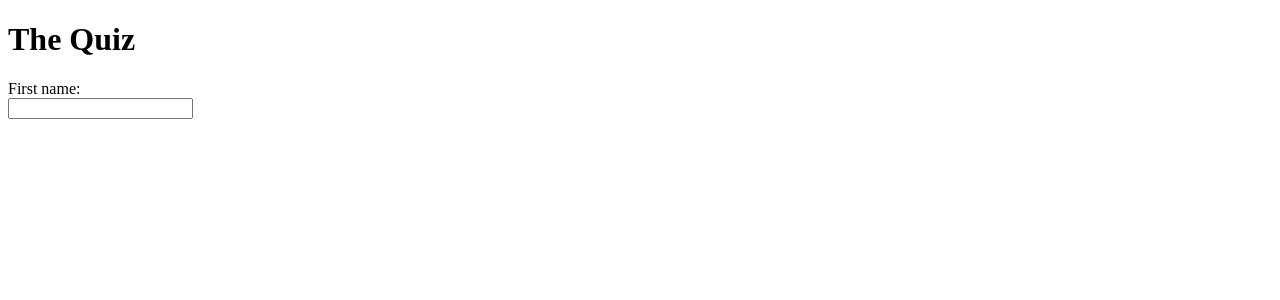
Repository: mc22dg/1dv403-laborationer
Page: 4-thequiz/index.html
The author's editor kept a record of every edit. The page is drawn from the files as they stood at one moment, then again after the next edit.
The browser window is 1280 px wide. The pictures show the whole page.

Above is the page before.
Console error: SyntaxError: Unexpected token ')'

### 4-thequiz/index.html
<!DOCTYPE html>
<html lang="sv">
<head>
    <meta charset="UTF-8" />
        <title>The Quiz</title>
            <link rel="stylesheet" href="style.css"/>
</head>

<body>

   <div class="col-md-offset-4 col-md-4">

        <h1>The Quiz</h1>
        <div id="quiz">

            <form>
            First name:<br>
            <input type="text" name="firstname">
            <br>

            </form>

        </div>



        <script type="text/javascript" src="quiz.js"></script>

    </div>
</body>

</html>

### 4-thequiz/quiz.js
"use strict";

window.onload = function(){

    var quiz = new Quiz();

    quiz.fetchQuestion("http://vhost3.lnu.se:20080/question/1");

};

function Quiz(){

    this.talker = new XMLHttpRequest();
}


Quiz.prototype.process = function(rawdata){

    var data = JSON.parse(rawdata);

    if () {

    }


    console.log(data);
};

Quiz.prototype.showMessage = function(text){

     var element = document.getElementById("message");
     element.innerHTML = text;

};

Quiz.prototype.fetchQuestion = function(url){
  var that = this;

    this.talker.onreadystatechange = function(){

        if (this.readyState === 4) {
            that.process(this.responseText);
        }

    };

    this.talker.open("GET", url, true);
    this.talker.send(null);
};

Quiz.prototype.sendAnswer = function(){

  var

};

Loaded but not shown: 4-thequiz/style.css (no copy from this time; the picture is the same without it)

After the next edit:
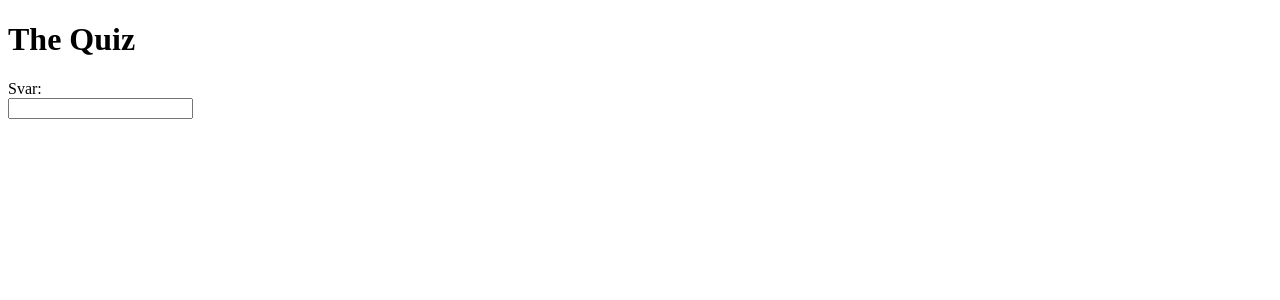
The edit:
--- a/4-thequiz/index.html
+++ b/4-thequiz/index.html
@@ -14,8 +14,8 @@
         <div id="quiz">
 
             <form>
-            First name:<br>
-            <input type="text" name="firstname">
+            Svar:<br>
+            <input type="text" name="svar">
             <br>
 
             </form>
